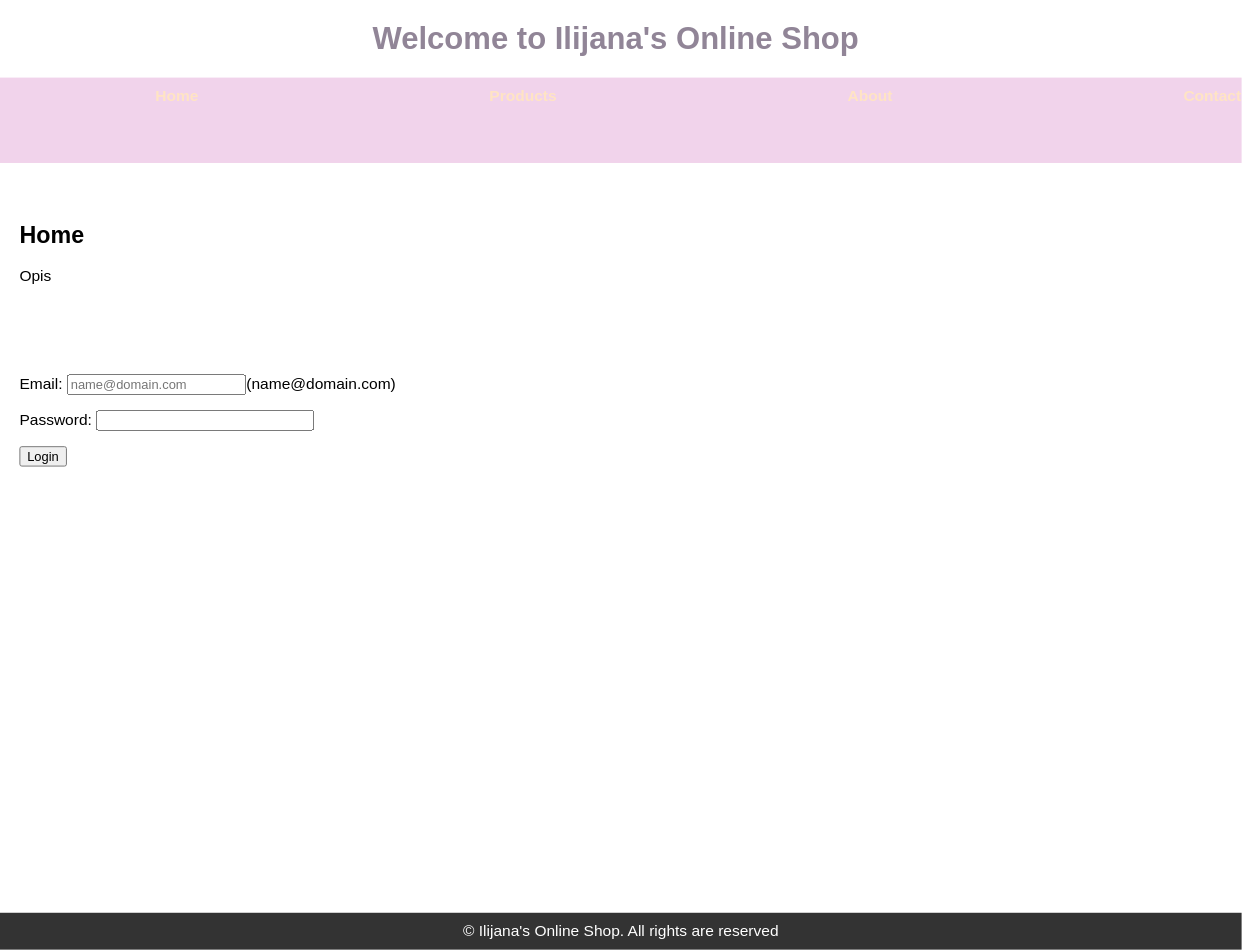
Repository: ilijana123/Proekt1
Page: html.html
The author's editor kept a copy of each file at every save. The page is drawn from the files as they stood at one save, then again after the next save.
The browser window is 1280 px wide. The pictures show the whole page, at 97% of full size.

Above is the page before, as saved 2023-11-12 23:54:59.

After the next save:
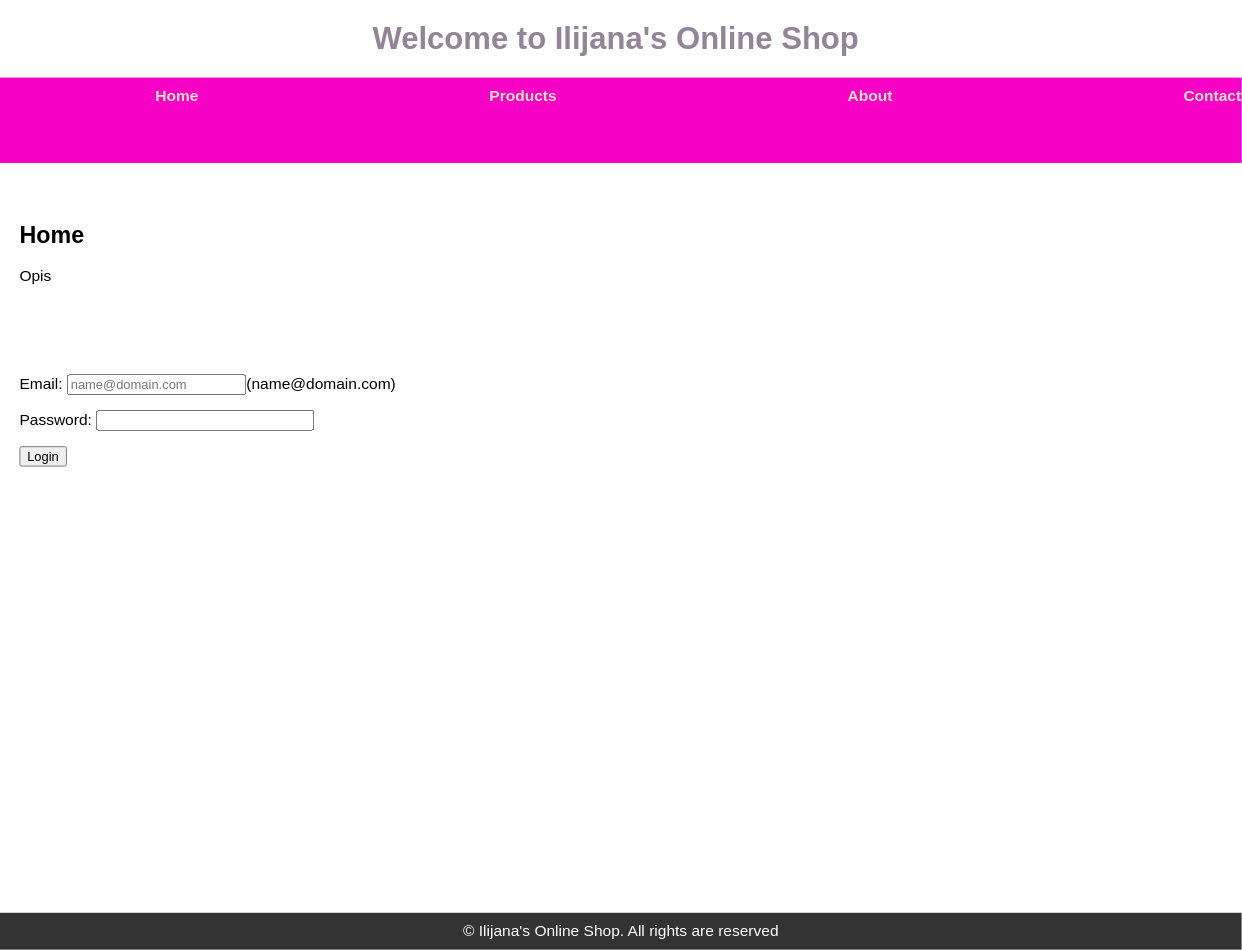
Saved 25 s later.
--- a/1.css
+++ b/1.css
@@ -14,7 +14,7 @@ h1  {
     }
     nav
     {
-        background-color:rgb( 241, 211, 235);
+        background-color:rgb(246, 0, 197);
         color: white;
         padding: 10px;
         text-align: center;
